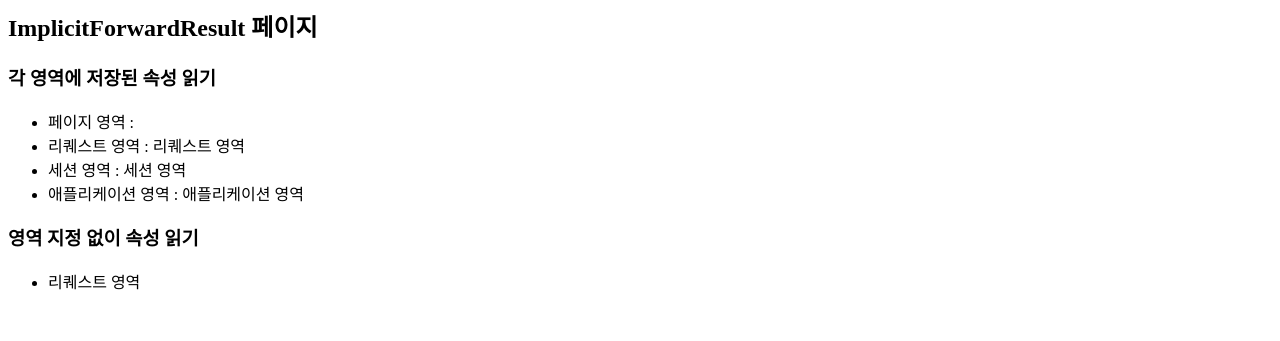
Repository: jungwoonAn/jsp_basic
Page: http://localhost/MustHaveJSP/10_EL/ImplicitObjMain.jsp
The author's editor kept a copy of each file at every save. The page is drawn from the files as they stood at one save, then again after the next save.
The browser window is 1280 px wide. The pictures show the whole page.
The page is served by Tomcat 10.

Above is the page before, as saved 2024-10-24 06:21:07.

After the next save:
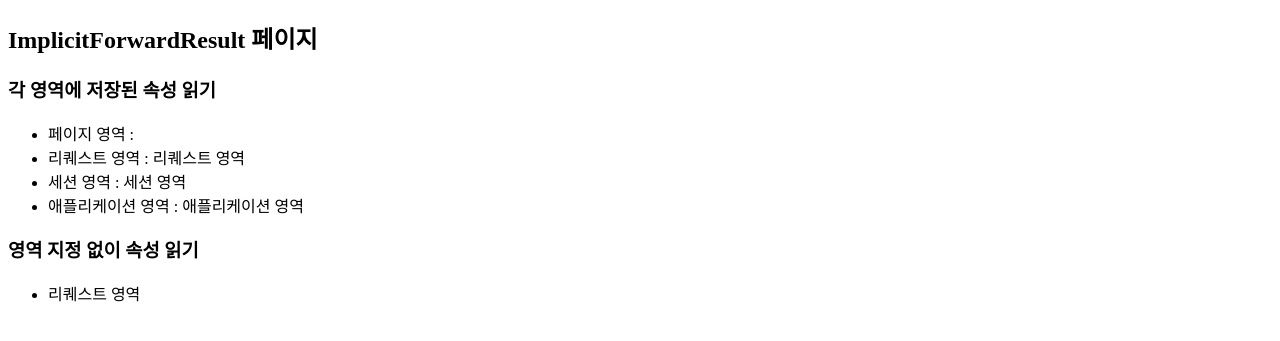
Saved 42 s later.
--- a/MustHaveJSP/src/main/webapp/10_EL/ImplicitForwardResult.jsp
+++ b/MustHaveJSP/src/main/webapp/10_EL/ImplicitForwardResult.jsp
@@ -1,8 +1,11 @@
 <%@ page language="java" contentType="text/html; charset=UTF-8"
     pageEncoding="UTF-8"%>
+<!DOCTYPE html>
 <html>
+<head>
 <meta charset="UTF-8">
-<head><title>표현 언어(EL) - 내장 객체</title></head>
+<title>표현 언어(EL) - 내장 객체</title>
+</head>
 <body>
     <h2>ImplicitForwardResult 페이지</h2>
     <h3>각 영역에 저장된 속성 읽기</h3>
